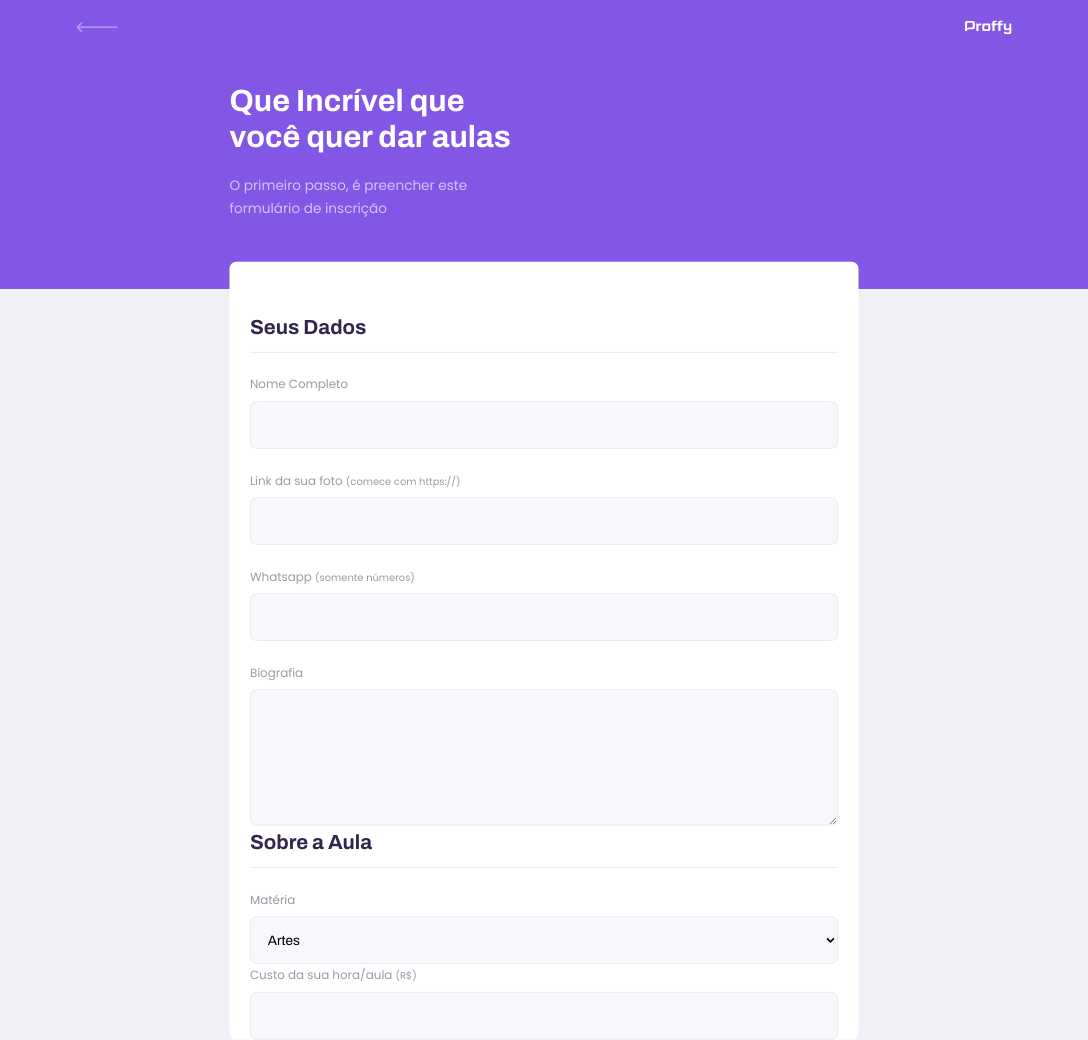
Repository: LukeVersus/NLW
Page: give-classes.html
These files come from the project's save history. The page is drawn as it stood at one moment and after the next save; the edit follows.
The browser window is 1280 px wide. The pictures show the whole page, at 85% of full size.

Above is the page before, as saved 2020-08-05 22:01:52.

### give-classes.html
<!DOCTYPE html>
<html lang="pt_br">
<head>
    <meta charset="UTF-8">
    <meta name="viewport" content="width=device-width, initial-scale=1.0">
    <title>Proffy | Sua Plataforma de Estudos Online</title>
    <link rel="stylesheet" href="/styles/main.css">
    <link rel="stylesheet" href="/styles/partials/header.css">
    <link rel="stylesheet" href="/styles/partials/forms.css">
    <link rel="stylesheet" href="/styles/partials/page-give-classes.css">
    <link href="https://fonts.googleapis.com/css2?family=Archivo:wght@400;700&amp;family=Poppins:wght@400;600&amp;display=swap" rel="stylesheet">

</head>
<body id="page-give-classes">

    <div id="container">
        <header class="page-header">
            <div class="top-bar-container">
                <a href="/">
                    <img src="/images/icons/back.svg" alt="Voltar">
                </a>
                <img src="/images/logo.svg" alt="Proffy">
            </div>
            <div class="header-content">
               <strong>Que Incrível que você quer dar aulas</strong>
               <p>O primeiro passo, é preencher este formulário de inscrição</p>
            </div>
        </header>
        <main>
           <form action="" id="create-class">
               <fieldset>
                   <legend>Seus Dados</legend>
                   <div class="input-block">
                       <label for="name">Nome Completo</label>
                       <input name="name" id="name" required>
                   </div>
                   <div class="input-block">
                       <label for="avatar">Link da sua foto <small>(comece com https://)</small></label>
                       <input name="avatar" id="avatar" type="url" required>
                   </div>
                   <div class="input-block">
                       <label for="whatsapp">Whatsapp <small>(somente números)</small></label>
                       <input name="whatsapp" id="whatsapp" type="number" required>
                   </div>
                   <div class="textarea-block">
                       <label for="bio">Biografia</label>
                       <textarea name="bio" id="bio" required></textarea>
                   </div>
               </fieldset>
               <fieldset>
                   <legend>Sobre a Aula</legend>
                   <div class="select-block">
                       <label for="subject">Matéria</label>
                       <select name="subject" id="subject" required>
                        <option value="" disabled="" hidden="">Selecione Uma Opção</option>
                        <option value="1">Artes</option>
                        <option value="2">Biologia</option>
                        <option value="3">Ciências</option>
                        <option value="4">Educação Física</option>
                        <option value="5">Espanhol</option>
                        <option value="6">Física</option>
                        <option value="7">Geografia</option>
                        <option value="8">História</option>
                        <option value="9">Inglês</option>
                        <option value="10">Matemática</option>
                        <option value="11">Português</option>
                        <option value="12">Química</option>
                       </select>
                   </div>
                   <div class="input-block">
                       <label for="cost">Custo da sua hora/aula <small>(R$)</small></label>
                       <input name="cost" id="cost" type="number" required>
                   </div>
               </fieldset>
           </form>
        </main>
    </div>


</body>
</html>

### styles/main.css
:root{
    --color-background: #F0F0F7;
    --color-primary-lighter: #9871F5;
    --color-primary-light: #916BEA;
    --color-primary: #8257E5;
    --color-primary-dark: #774DD6;
    --color-primary-darker: #6842C2;
    --color-secondary: #04D361;
    --color-secondary-dark: #04BF58;
    --color-title-in-primary: #FFFFFF;
    --color-text-in-primary: #D4C2FF;
    --color-text-title: #32264D;
    --color-text-complement: #9C98A6;
    --color-text-base: #6A6180;
    --color-line-in-white: #E6E6F0;
    --color-input-background: #F8F8FC;
    --color-button-text: #FFFFFF;
    --color-box-base: #FFFFFF;
    --color-box-footer: #FAFAFC;
    --color-small-info: #C1BCCC;
    /*tamanho da fonte padrão: 16px - 100% - 1rem */
    font-size: 60%; /*Controle das medidas rem e % */
}

* {
    margin: 0;
    padding: 0;
    box-sizing: border-box;
}

html, body{
    height: 100vh;
}

body{
    background: var(--color-background);
    display: flex;
    align-items: center;
    justify-content: center;
}

body, input, button, textarea{
    font: 500 1.6rem Poppins;
    color: var(--color-text-base);
}

#container{
    width: 90vw;
    max-width: 700px;
}

@media (min-width: 700px){
    :root{
        font-size: 62.5%;
    }
}

### styles/partials/header.css

.page-header{
    background-color: var(--color-primary);
    display: flex;
    flex-direction: column;
}

.page-header .top-bar-container{
    width: 90%;
    margin: 0 auto;
    display: flex;
    align-items: center;
    justify-content: space-between;
    padding: 1.6rem 0;
}

.page-header .top-bar-container a{
    height: 3.2rem;
    transition: opacity 0.2s;
}

.page-header .top-bar-container a:hover{
    opacity: 0.6;
}

.page-header .top-bar-container > img{
    height: 1.6rem;
}

.page-header .header-content{
    width: 90%;
    margin: 3.2rem auto;
    position: relative;
}

.page-header .header-content strong{
    font: 700 3.6rem Archivo;
    line-height: 4.2rem;
    color: var(--color-title-in-primary);
}

.page-header .header-content p{
    max-width: 30rem;
    font-size: 1.6rem;
    line-height: 2.6rem;
    color: var(--color-text-in-primary);
    margin-top: 2.4rem;
}


@media (min-width:700px){

    .page-header{
        height: 340px;
    }

    .page-header .top-bar-container{
        max-width: 1100px;
    }

    .page-header .header-content{
        max-width: 740px;
        margin: 0 auto;
        flex: 1 1;
        padding-bottom: 48px;
        display: flex;
        flex-direction: column;
        justify-content: center;
    }

    .page-header .header-content strong{
        max-width: 350px;
    }




}

### styles/partials/forms.css
.select-block label,
.input-block label,
.textarea-block label{
    font-size: 1.4rem;
    color: var(--color-text-complement);
}

.input-block input,
.select-block select,
.textarea-block textarea{
    width: 100%;
    height: 5.6rem;
    margin-top: 0.8rem;
    border-radius: 0.8rem;
    background: var(--color-input-background);
    border: 1px solid var(--color-line-in-white);
    outline: 0;
    padding: 0 1.6rem;
    font: 1.6rem Archivo;
}

.textarea-block textarea{
    padding: 1.2rem 1.6rem;
    height: 16rem;
    resize: vertical;
}

.input-block
.textarea-block{
    position: relative;
}

.input-block:focus-within::after,
.textarea-block:focus-within::after{
    content: "";
    width: calc(100% - 3.2rem);
    height: 2px;
    background: var(--color-primary-light);
    position: absolute;
    left: 1.6rem;
    right: 1.6rem;
    bottom: 0;
}

### styles/partials/page-give-classes.css
#page-give-classes #container{
    width: 100vw;
    height: 100vh;
}

#page-give-classes main{
    background: var(--color-box-base);
    width: 100%;
    max-width: 74rem;
    border-radius: 0.8rem;
    margin: -3.2rem auto 3.2rem;
    padding-top: 6.4rem;
}

#page-give-classes fieldset{
    border: none;
    padding: 0 2.4rem;
}

#page-give-classes fieldset legend{
    font: 700 2.4rem Archivo;
    color: var(--color-text-title);
    margin-bottom: 2.4rem;
    display: flex;
    align-items: center;
    justify-content: space-between;
    width: 100%;
    padding-bottom: 1.6rem;
    border-bottom: 1px solid var(--color-line-in-white);
}

#page-give-classes .input-block+.input-block,
#page-give-classes .input-block+.textarea-block,
#page-give-classes .select-block+.textarea-block{
    margin-top: 2.4rem;
}



@media(min-width: 700px){
    #page-give-classes #container{
        max-width: 100vw;
    }
}

After the next save:
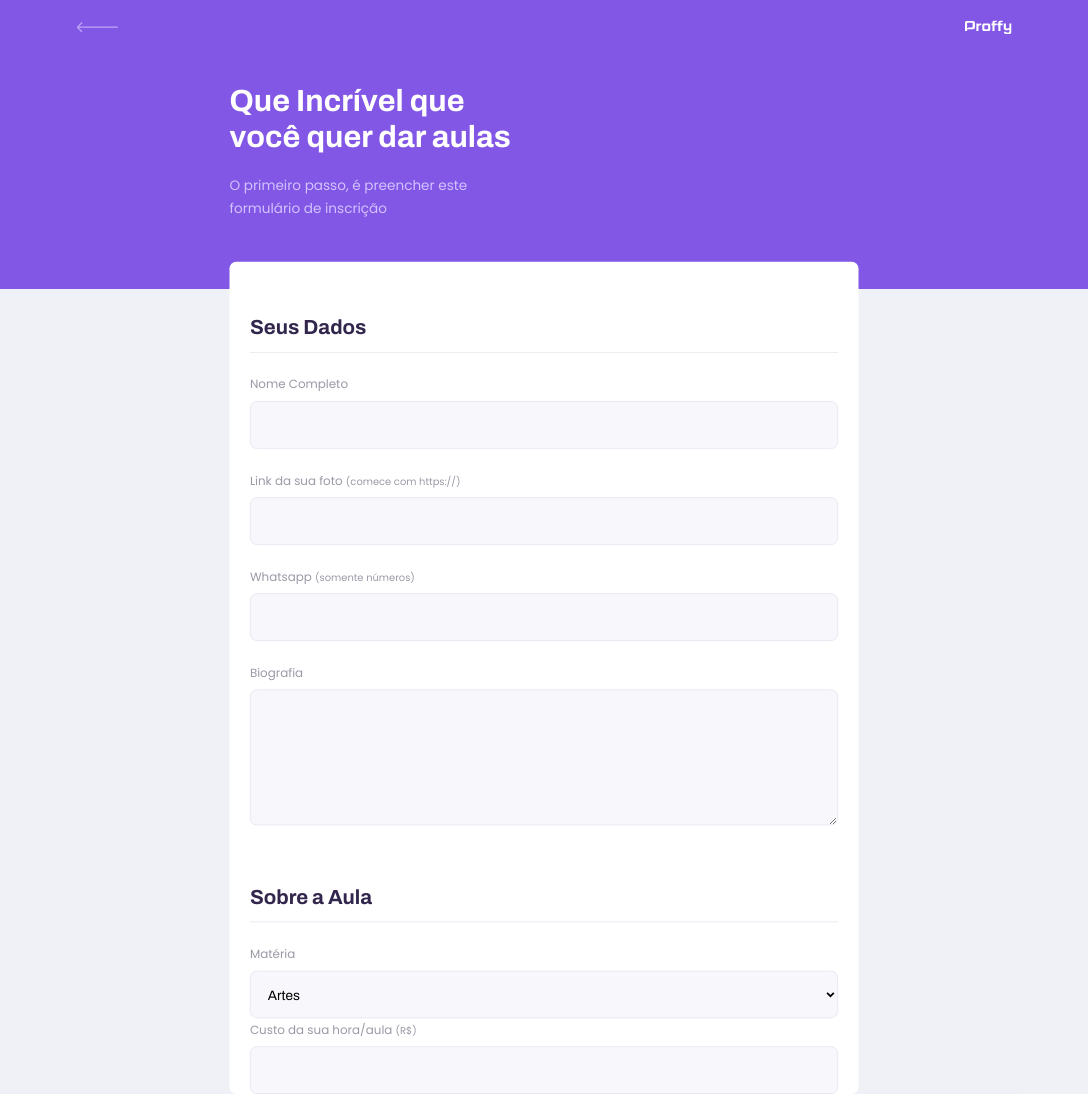
Saved 70 s later.
--- a/styles/partials/page-give-classes.css
+++ b/styles/partials/page-give-classes.css
@@ -29,6 +29,10 @@
     border-bottom: 1px solid var(--color-line-in-white);
 }
 
+#page-give-classes fieldset+fieldset{
+    margin-top: 6.4rem;
+}
+
 #page-give-classes .input-block+.input-block,
 #page-give-classes .input-block+.textarea-block,
 #page-give-classes .select-block+.textarea-block{
